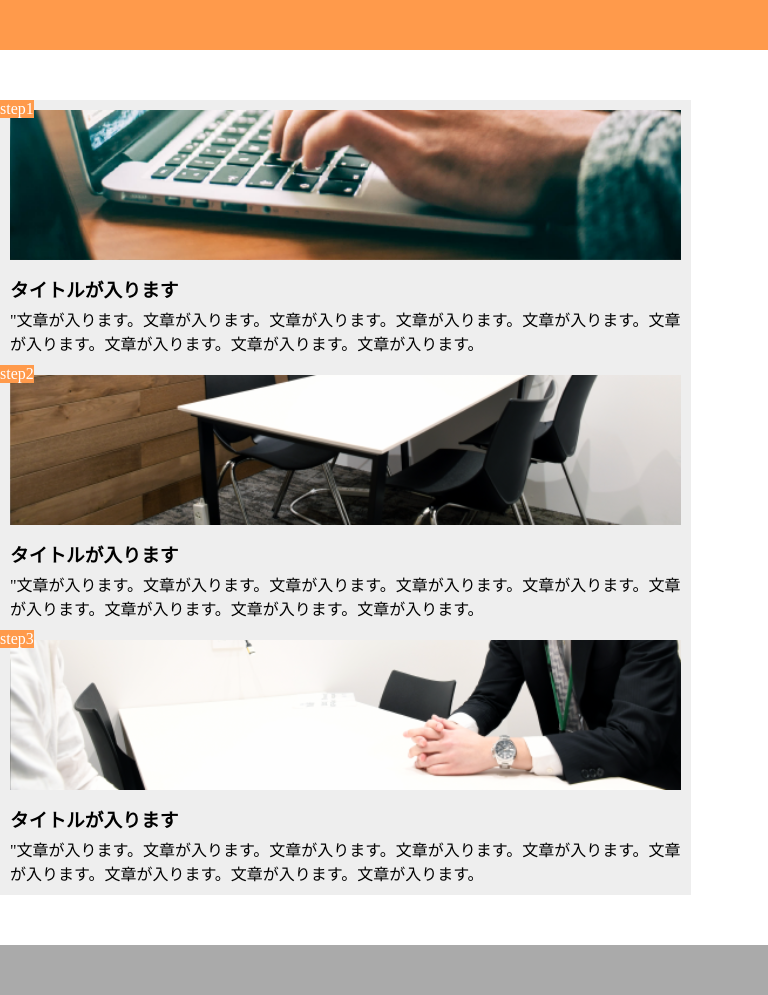
Repository: Yuya0829/HTML
Page: exercise/exercise9.html
The author's editor kept a record of every edit. The page is drawn from the files as they stood at one moment, then again after the next edit.
The browser window is 768 px wide. The pictures show the whole page.

Above is the page before.

After the next edit:
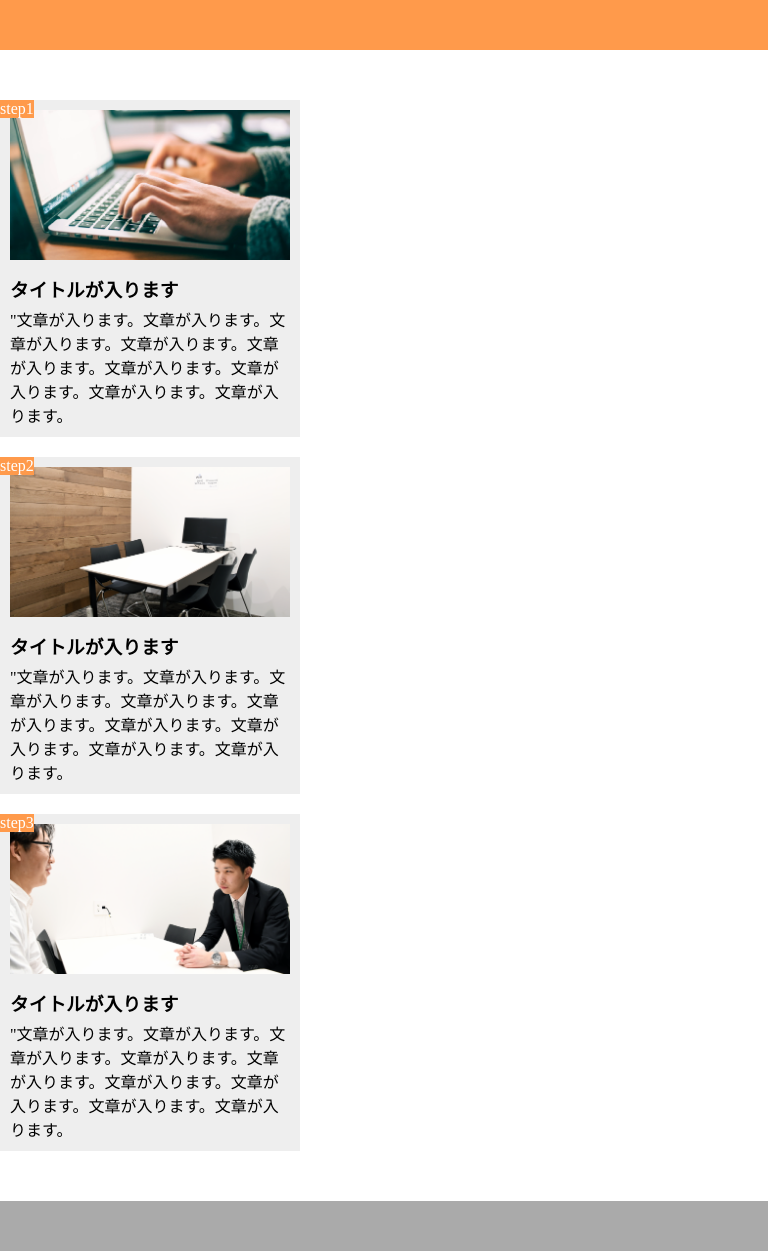
The edit:
--- a/exercise/exercise9.css
+++ b/exercise/exercise9.css
@@ -77,7 +77,8 @@
   }
 
 .step-box {
-  width: 90%;
+  width: 90;
+  margin-bottom: 20px;
 }
 
 .step-img1 {
